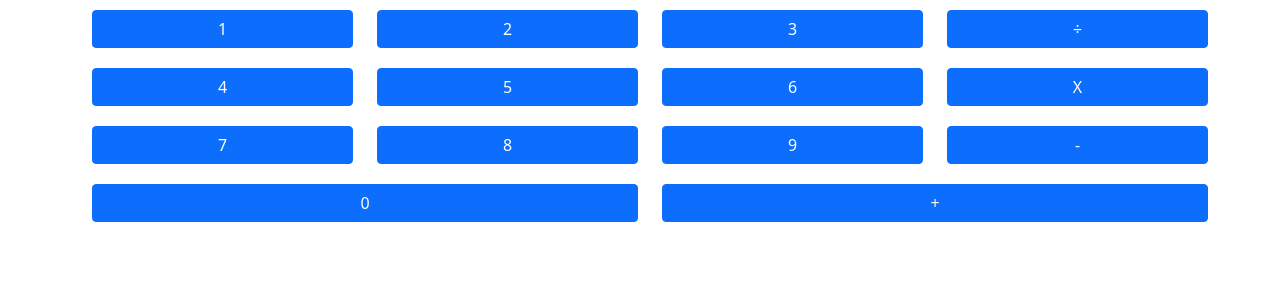
Repository: jsakdalan/CalculatorReactTypescript
Page: /
An editor plug-in stored every save of this project. The page is shown before and after the next save, followed by the edit.
The browser window is 1280 px wide. The pictures show the whole page.
The project was rebuilt for these pictures with package versions that can differ from the ones it lists, and the page was loaded fresh each time. Also part of the build but not shown: src/App.css.

Above is the page before, as saved 2022-06-07 15:49:21.

### src/App.tsx
import  Calculator from './pages/Calculator';
import './App.css';
import 'bootstrap/dist/css/bootstrap.min.css'

export default function App() {

  return(
    <Calculator/>
  )
}

### src/pages/Calculator.tsx
import React from 'react';
import Col from 'react-bootstrap/Col';
import Container from 'react-bootstrap/Container';
import Row from 'react-bootstrap/Row';
import Button from 'react-bootstrap/Button';
import './Calculator.css'

export default function TextEditor(){

    interface Buttons {
        styling: string;
        btnNumber: string;
    }

    const Buttons = (props:Buttons) => {
        return(
            <Button className={props.styling}>
                {props.btnNumber}
            </Button>
        )
    }

    return(
        <>
            <Container>
                <Row>
                    <Col><Buttons styling="numerical" btnNumber="1"/></Col>
                    <Col><Buttons styling="numerical" btnNumber="2"/></Col>
                    <Col><Buttons styling="numerical" btnNumber="3"/></Col>
                    <Col><Buttons styling="operational" btnNumber="&#247;"/></Col>
                </Row>
                <Row>
                    <Col><Buttons styling="numerical" btnNumber="4"/></Col>
                    <Col><Buttons styling="numerical" btnNumber="5"/></Col>
                    <Col><Buttons styling="numerical" btnNumber="6"/></Col>
                    <Col><Buttons styling="operational" btnNumber="X"/></Col>
                </Row>
                <Row>
                    <Col><Buttons styling="numerical" btnNumber="7"/></Col>
                    <Col><Buttons styling="numerical" btnNumber="8"/></Col>
                    <Col><Buttons styling="numerical" btnNumber="9"/></Col>
                    <Col><Buttons styling="operational" btnNumber="-"/></Col>
                </Row>
                <Row>
                    <Col><Buttons styling="numerical" btnNumber="0"/></Col>
                    <Col><Buttons styling="numerical" btnNumber="+"/></Col>
                </Row>
            </Container>
        </>
    )
}

### src/pages/Calculator.css
.numerical{
    width: 100%;
    margin: 10px;
}

.operational{
    width: 100%;
    margin: 10px;
}

Loaded but not shown: public/index.html (common file); src/index.tsx (common file); src/index.css (common file); src/reportWebVitals.ts (common file)

After the next save:
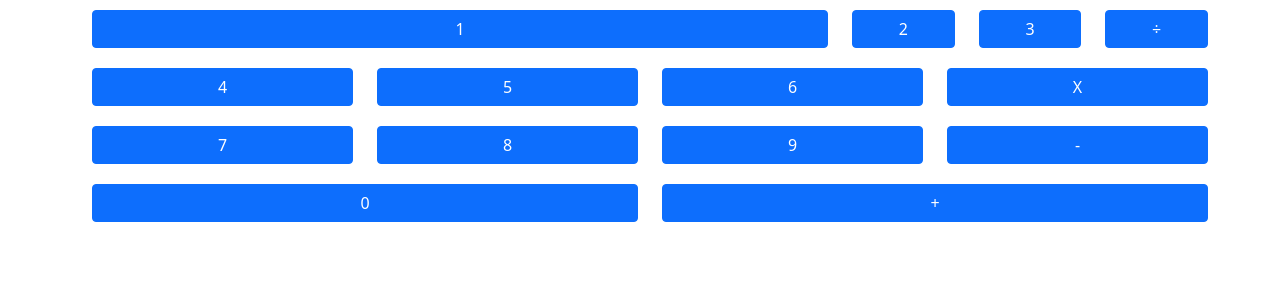
Saved 42 s later.
--- a/src/pages/Calculator.tsx
+++ b/src/pages/Calculator.tsx
@@ -24,7 +24,7 @@
         <>
             <Container>
                 <Row>
-                    <Col><Buttons styling="numerical" btnNumber="1"/></Col>
+                    <Col md={8}><Buttons styling="numerical" btnNumber="1"/></Col>
                     <Col><Buttons styling="numerical" btnNumber="2"/></Col>
                     <Col><Buttons styling="numerical" btnNumber="3"/></Col>
                     <Col><Buttons styling="operational" btnNumber="&#247;"/></Col>

After the save that followed:
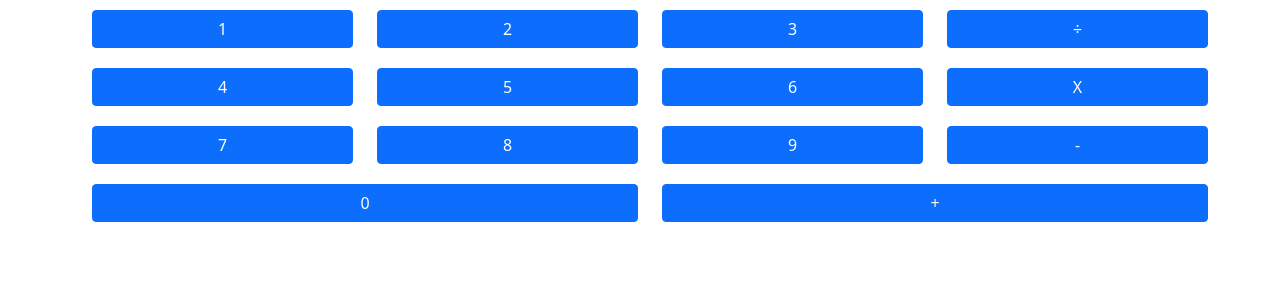
Saved 39 s later.
--- a/src/pages/Calculator.tsx
+++ b/src/pages/Calculator.tsx
@@ -24,7 +24,7 @@
         <>
             <Container>
                 <Row>
-                    <Col md={8}><Buttons styling="numerical" btnNumber="1"/></Col>
+                    <Col><Buttons styling="numerical" btnNumber="1"/></Col>
                     <Col><Buttons styling="numerical" btnNumber="2"/></Col>
                     <Col><Buttons styling="numerical" btnNumber="3"/></Col>
                     <Col><Buttons styling="operational" btnNumber="&#247;"/></Col>
